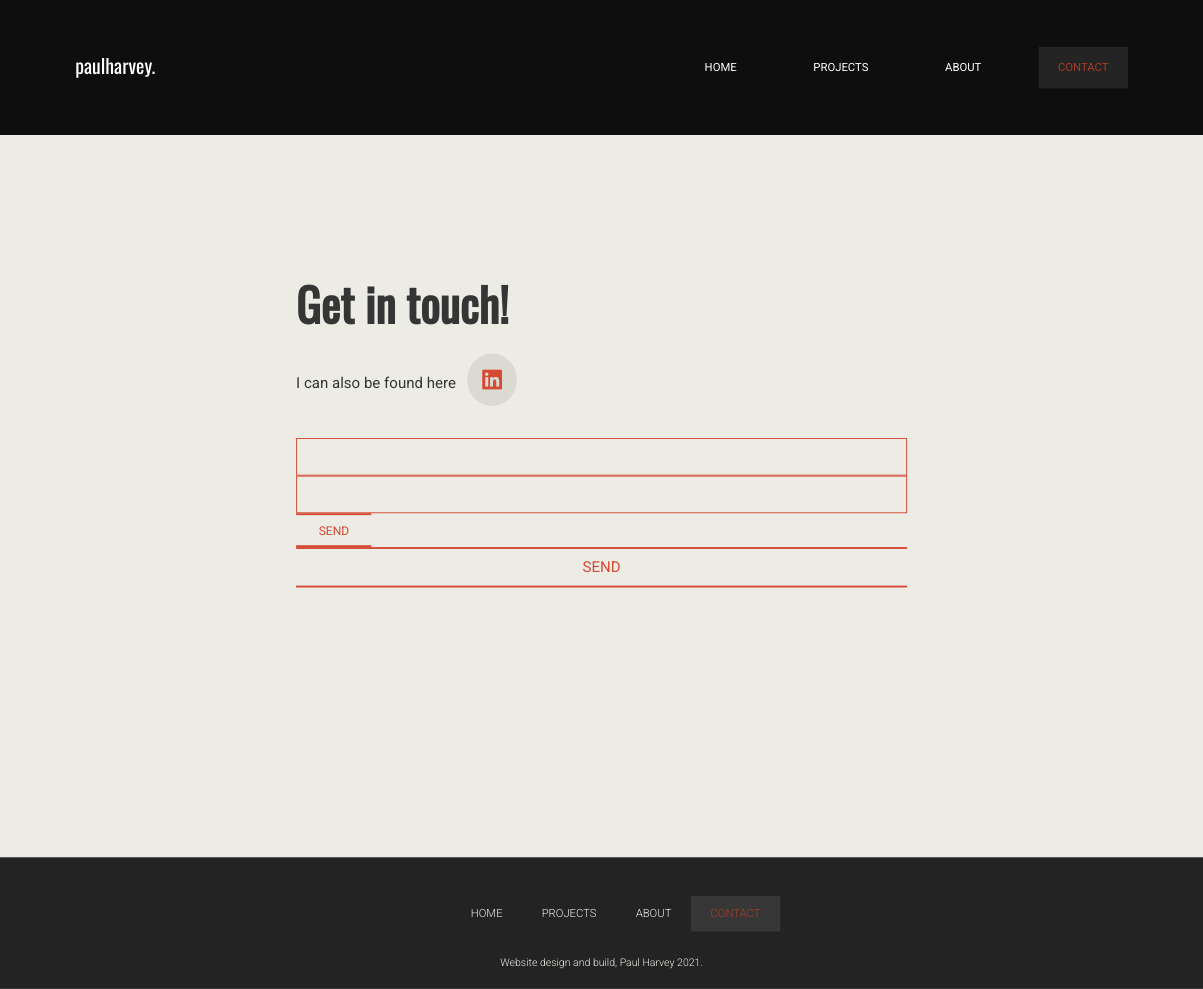
Repository: pavhns20/my-new-portfolio
Page: www/contact.html
An editor plug-in stored every save of this project. The page is shown before and after the next save, followed by the edit.
The browser window is 1280 px wide. The pictures show the whole page, at 94% of full size.
Some web libraries are served in a nearby version.

Above is the page before, as saved 2022-01-11 10:11:41.
Console error: TypeError: Cannot read properties of null (reading 'addEventListener')

After the next save:
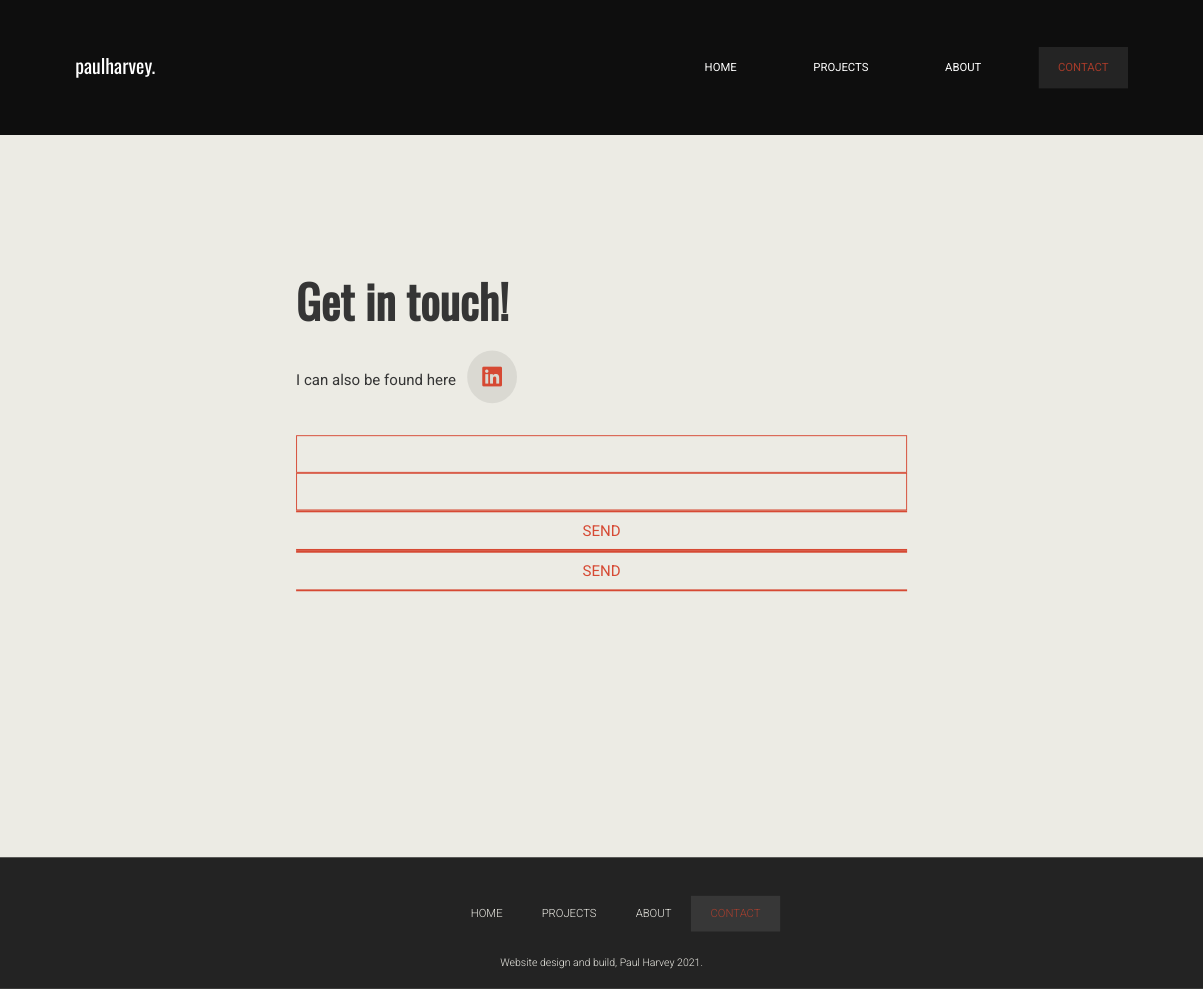
Saved 13 s later.
--- a/www/contact.html
+++ b/www/contact.html
@@ -96,7 +96,7 @@
 					<form action="https://formsubmit.co/your@email.com" method="POST">
 						<input type="text" name="name" required>
 						<input type="email" name="email" required>
-						<button type="submit" class="view-btn">SEND</button>
+						<button type="submit" class="view-btn" id="big-btn">SEND</button>
 			 </form>
 					<!-- <form
 						action="https://formsubmit.co/paulharvey1@gmail.com"
